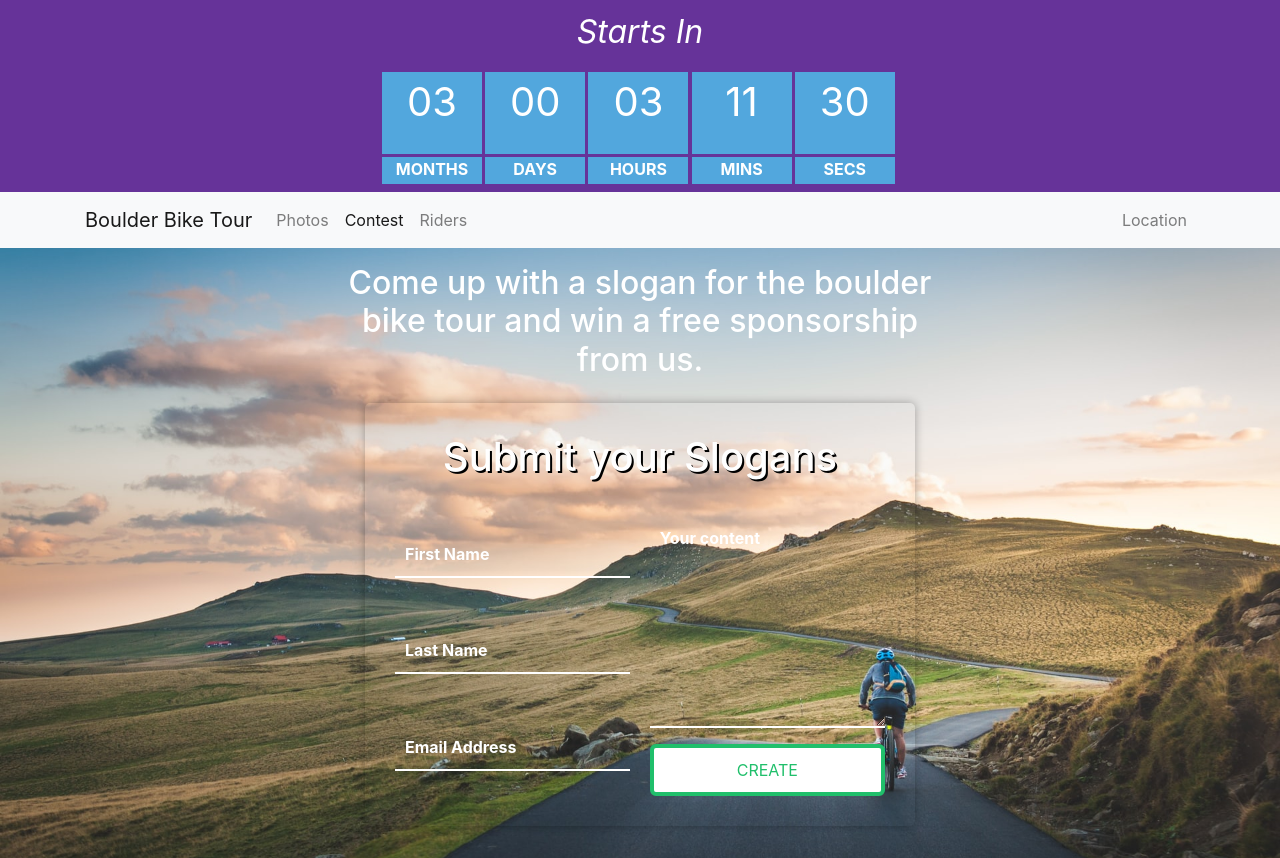
Repository: akinsikuoluwafemi/boulder_bike_tour_frontend
Page: /contest
An editor plug-in stored every save of this project. The page is shown before and after the next save, followed by the edit.
The browser window is 1280 px wide. The pictures show the whole page.
The page's requests for data from a server got no answer. Some web libraries are served in a nearby version. The project was rebuilt for these pictures with package versions that can differ from the ones it lists, and the page was loaded fresh each time. No one was signed in, and anything a server would have sent is missing. Also part of the build but not shown: src/components/Home/LatestNews.js, src/components/Home/Winners.js, src/components/Accordions/Accordions.js, src/components/Home/FooterContent.js, src/components/Home/Home.js, src/components/Location/mapStyles.js, src/components/Spinner/Spinner.scss, src/components/Spinner/Spinner.js and 5 more.

Above is the page before, as saved 2020-08-23 07:31:31.

After the next save:
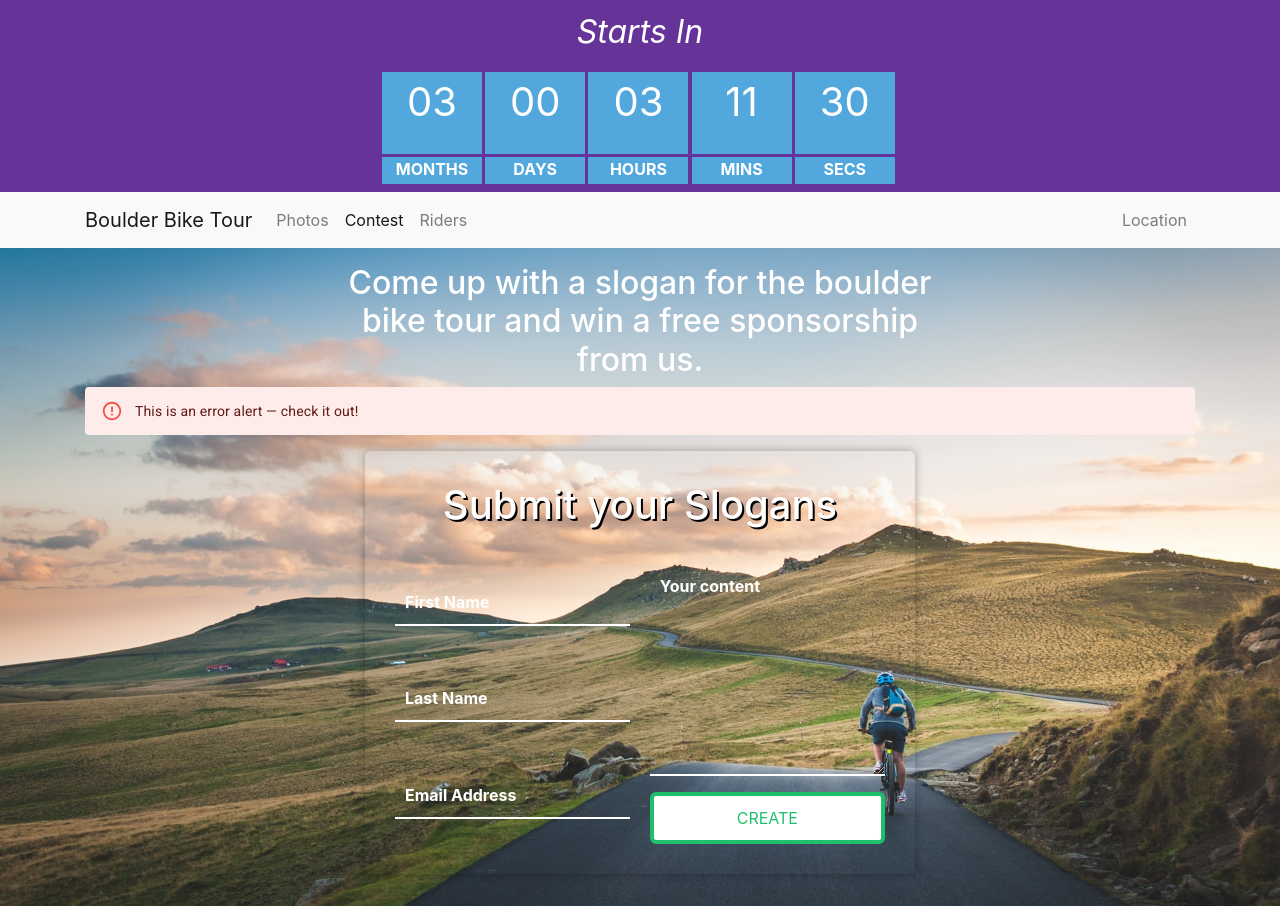
Saved 38 s later.
--- a/src/components/Contest/Contest.js
+++ b/src/components/Contest/Contest.js
@@ -69,12 +69,13 @@ const Contest = () => {
             </h2>
             <AlertContext.Provider value={{ alert, setAlert }}>
               {/* <Alert severity={severity}>{alertText}</Alert> */}
-
+              <Alert severity="error">
+                This is an error alert — check it out!
+              </Alert>
               <div className="px-3 py-3 form-center">
                 <Form />
               </div>
             </AlertContext.Provider>
-
           </div>
         </div>
 
